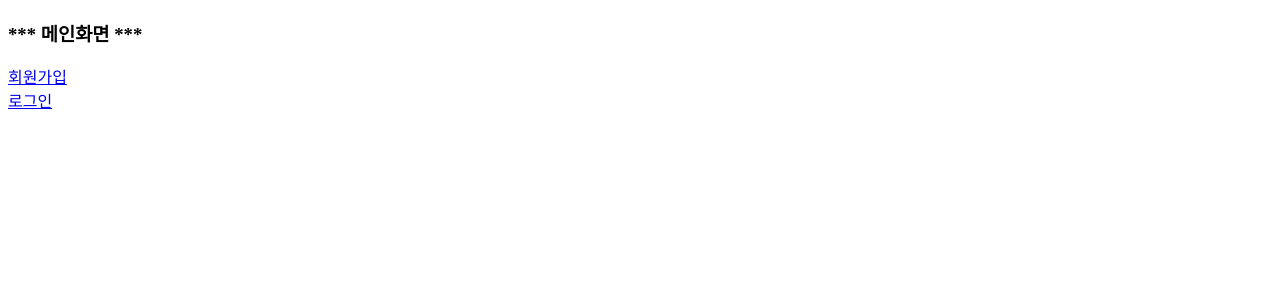
Repository: dahye1013/java-basic-learning
Page: http://localhost/memberJSP/main/index.jsp
The author's editor kept a copy of each file at every save. The page is drawn from the files as they stood at one save, then again after the next save.
The browser window is 1280 px wide. The pictures show the whole page.
The page is served by Tomcat 9.

Above is the page before, as saved 2020-06-10 02:45:52.

After the next save:
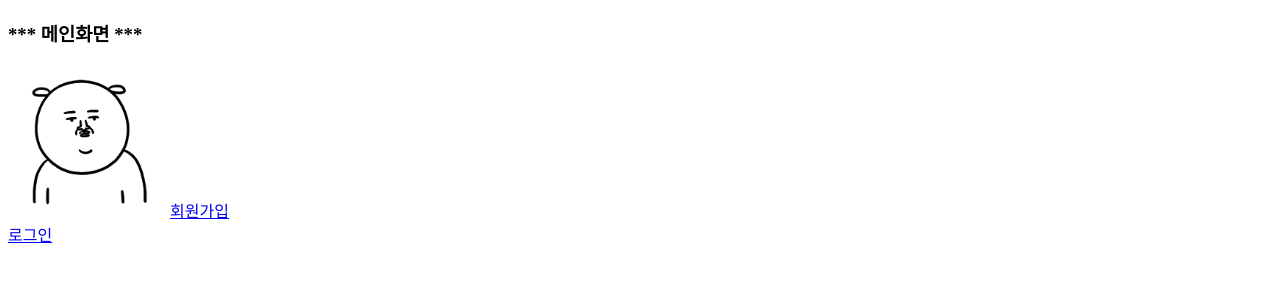
Saved 4 min 24 s later.
--- a/memberJSP/WebContent/main/index.jsp
+++ b/memberJSP/WebContent/main/index.jsp
@@ -8,7 +8,7 @@
 </head>
 <body>
 <h3>*** 메인화면 ***</h3>
-
+<img src="../image/dd.PNG">
 <% if(session.getAttribute("memName")==null){%>
 <a href="http://localhost:8080/memberJSP/member/writeForm.jsp">회원가입</a><br>
 <a href="../member/loginForm.jsp">로그인</a><br>
